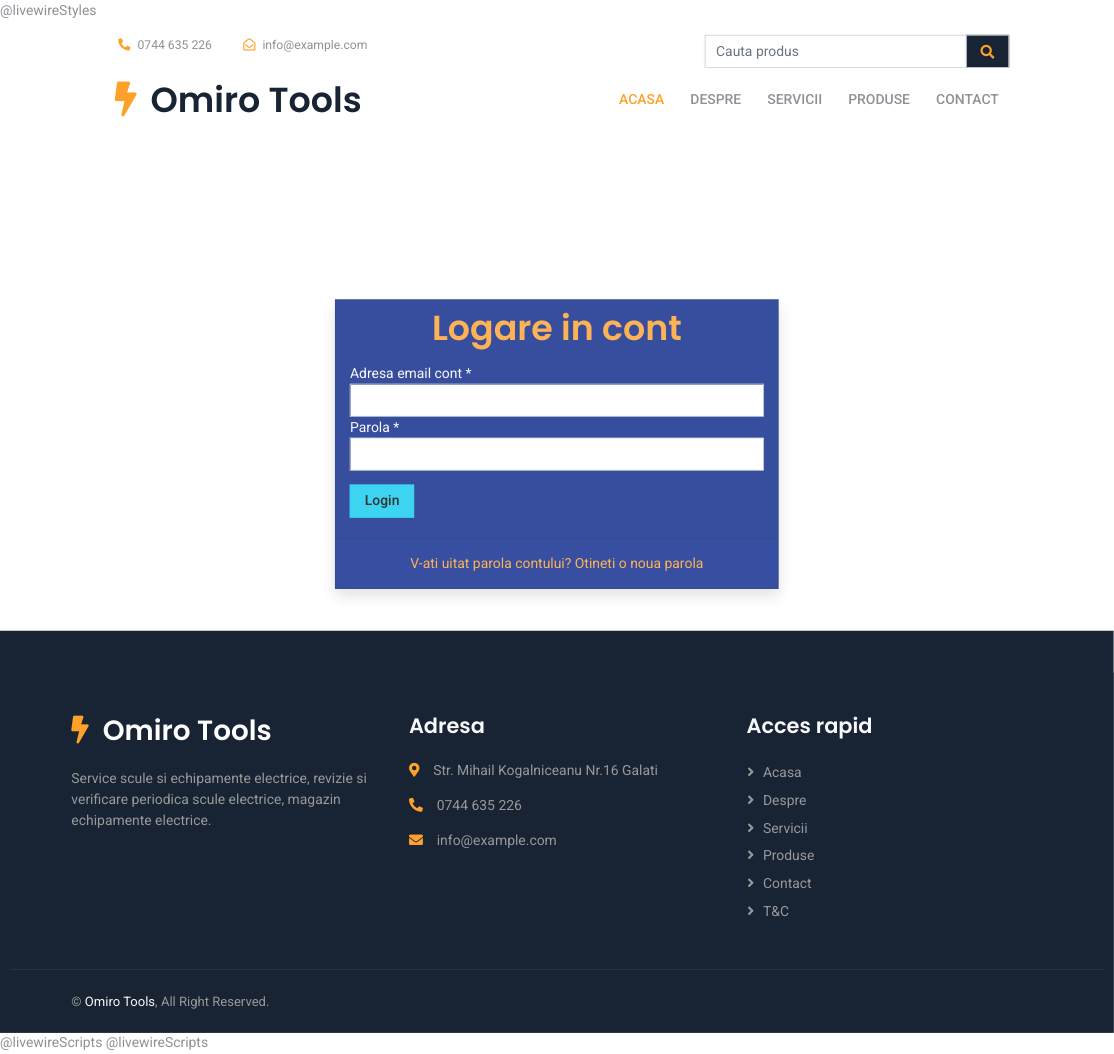
Repository: sorina0109/laravel_test
Page: http://localhost/login
An editor plug-in stored every save of this project. The page is shown before and after the next save, followed by the edit.
The browser window is 1280 px wide. The pictures show the whole page, at 87% of full size.
Some web libraries are served in a nearby version. The page is served by the project's Laravel application, run on PHP 8.4 with Laravel 10.

Above is the page before, as saved 2023-08-15 14:53:22.

After the next save:
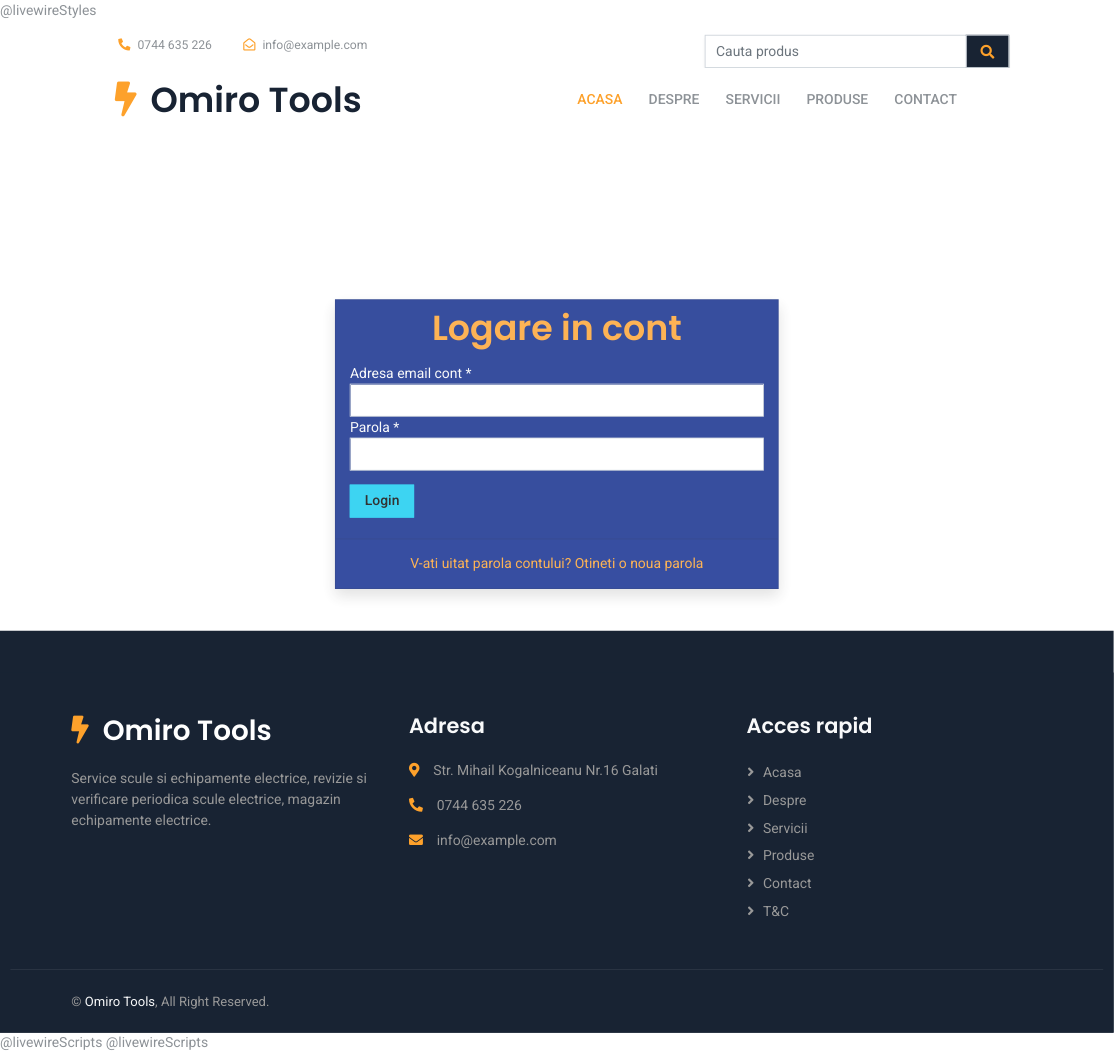
Saved 28 s later.
--- a/resources/views/front/partials/navbar.blade.php
+++ b/resources/views/front/partials/navbar.blade.php
@@ -7,7 +7,7 @@
     <button type="button" class="navbar-toggler" data-bs-toggle="collapse" data-bs-target="#navbarCollapse">
         <span class="navbar-toggler-icon"></span>
     </button>
-    <div class="collapse navbar-collapse" id="navbarCollapse">
+    <div class="collapse navbar-collapse px-5" id="navbarCollapse">
 
         <div class="navbar-nav ms-auto py-3 py-lg-0">
             <a href="{{ route('home')}}" class="nav-item nav-link active">Acasa</a>
